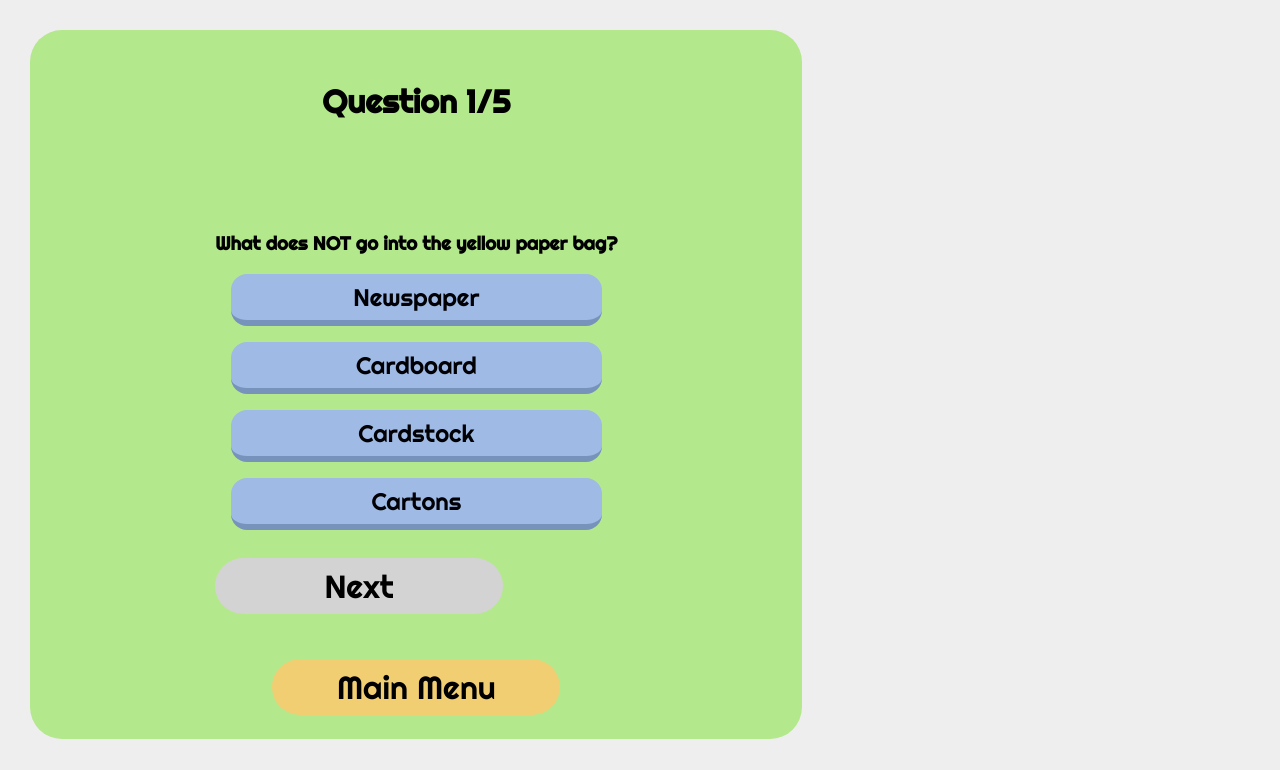
Repository: alemunden/Trash-Scavengers
Page: /quiz
These files come from the project's save history. The page is drawn as it stood at one moment and after the next save; the edit follows.
The browser window is 1280 px wide. The pictures show the whole page.
The project was rebuilt for these pictures with package versions that can differ from the ones it lists, and the page was loaded fresh each time. The framework's server and built-in components were replaced by stand-ins that run in the browser. Also part of the build but not shown: next.config.mjs.

Above is the page before, as saved 2024-04-07 20:56:31.

After the next save:
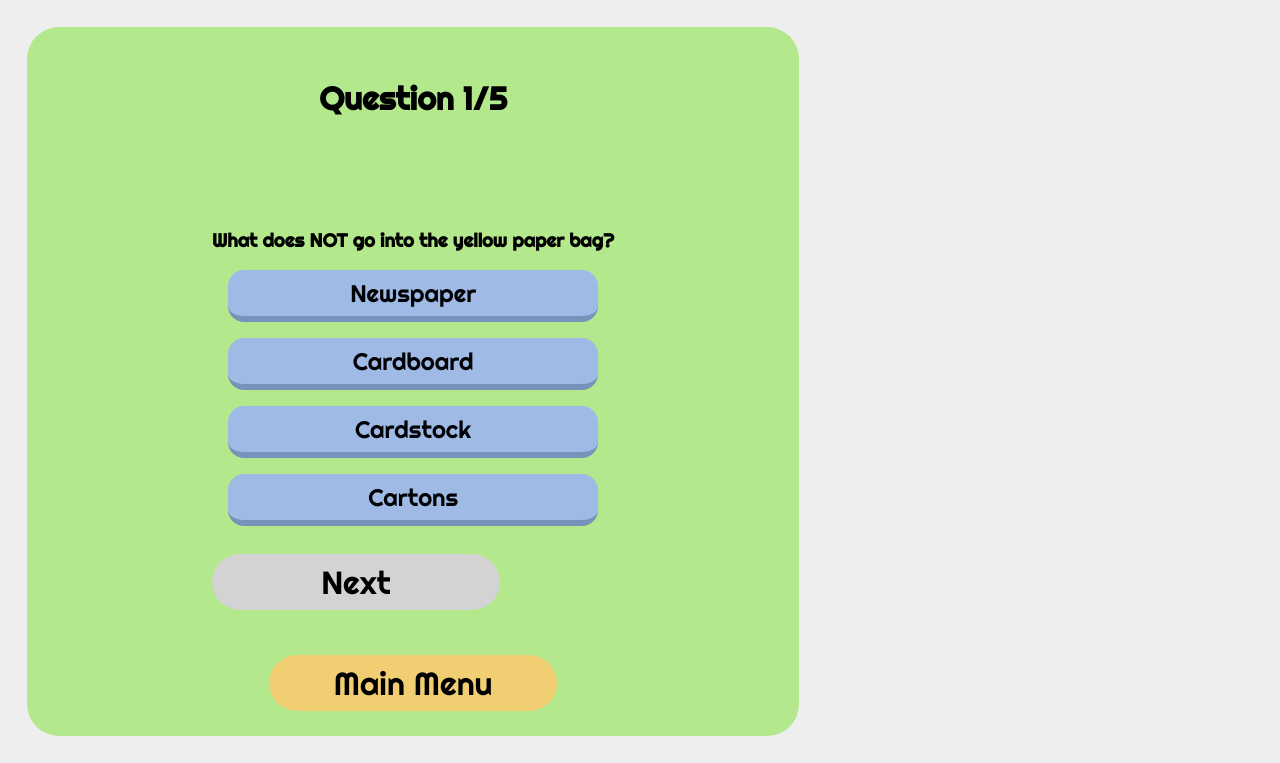
Saved 9 s later.
--- a/styles/quiz.module.css
+++ b/styles/quiz.module.css
@@ -35,7 +35,7 @@
 
 .container {
     max-width: 740px;
-    margin: 1.4rem;
+    margin: 1.2rem;
     padding: 1rem;
     background-color: var(--light-green);
     border-radius: 2rem;
